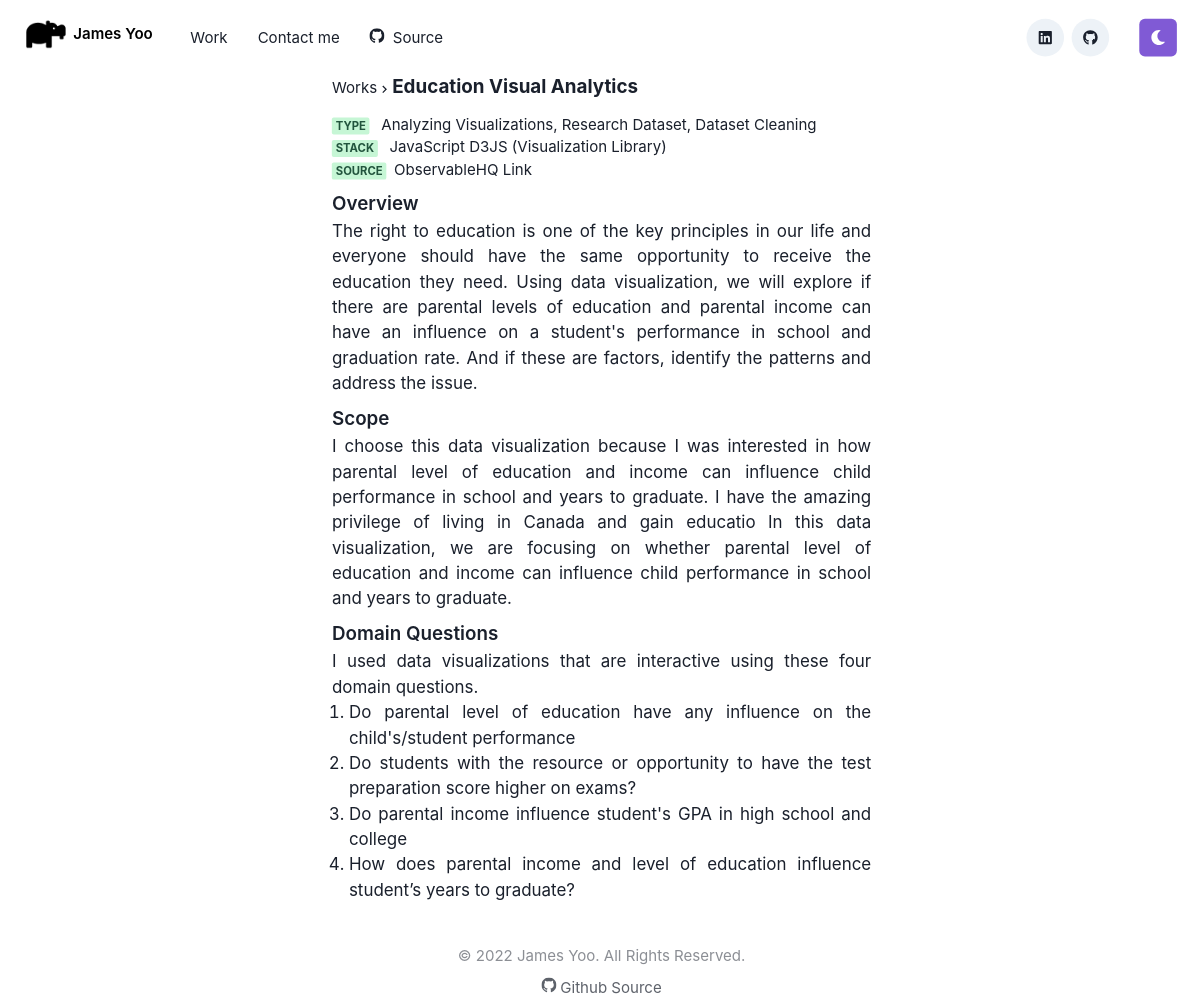
Repository: jammy729/portfolio-2022
Page: /work/educationvisualanalytics
These files come from the project's save history. The page is drawn as it stood at one moment and after the next save; the edit follows.
The browser window is 1280 px wide. The pictures show the whole page, at 94% of full size.
The project was rebuilt for these pictures with package versions that can differ from the ones it lists, and the page was loaded fresh each time. Also part of the build but not shown: src/components/home.js, src/components/contact.js, src/components/layouts/layout.js, src/components/work/work.js, src/components/work/Development/WorldInstitutionDatabase/worldinstitutiondatabase.js, src/components/work/Development/GeoMemories/geomemories.js, src/components/work/Design/ExperienceDesign/experiencedesign.js, src/components/work/Development/PersonalPortfolio/personalportfolio.js. Imported but missing from the stored project, and not drawn on this page: src/components/work/Design/FinestCup/finestcup, src/components/work/Development/WorldInstitutionDatabase/universityDatabase.mp4.

Above is the page before, as saved 2022-06-28 15:16:20.

After the next save:
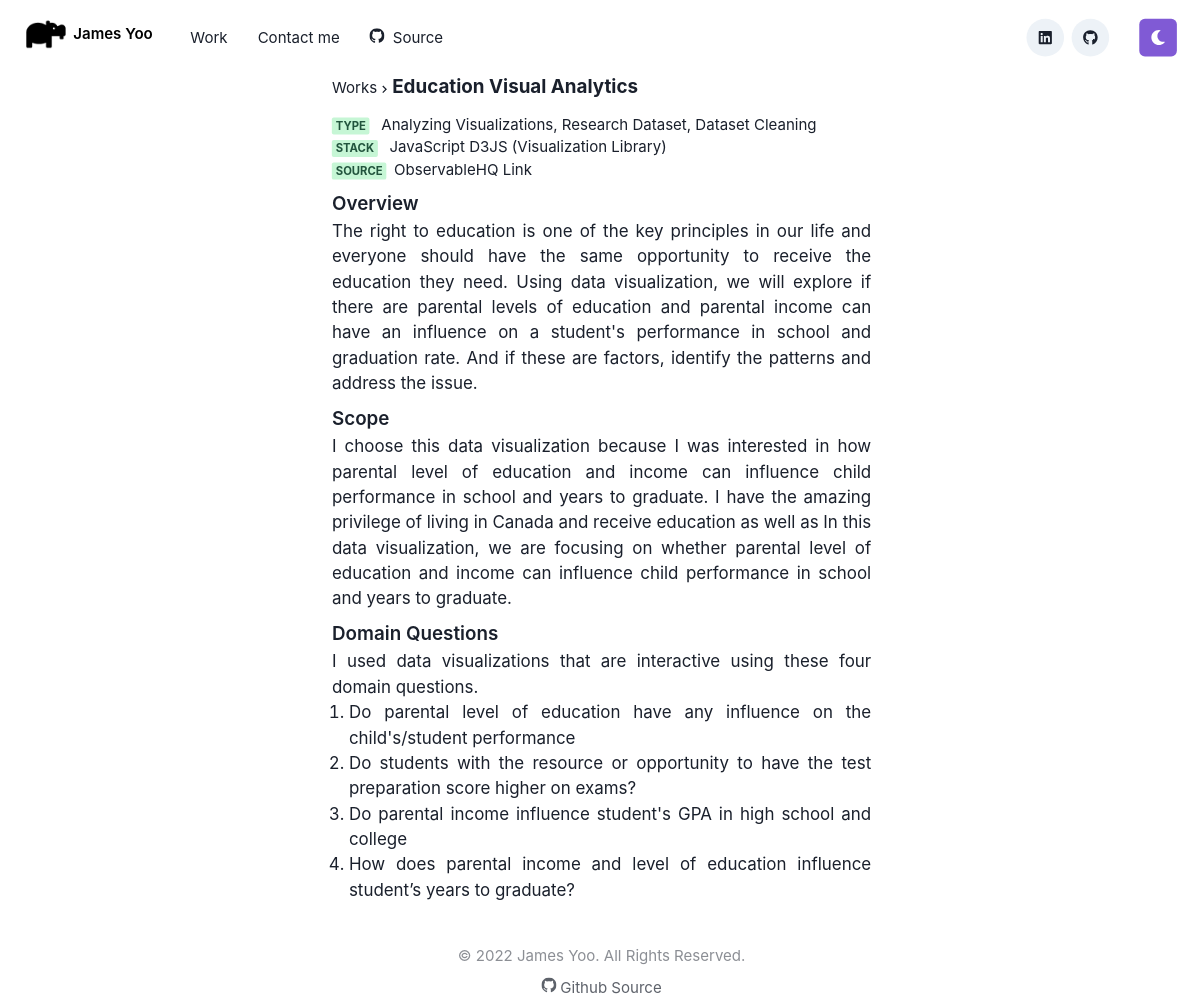
Saved 8 s later.
--- a/src/components/work/Development/EducationVisualAnalytics/educationvisualanalytics.js
+++ b/src/components/work/Development/EducationVisualAnalytics/educationvisualanalytics.js
@@ -44,7 +44,7 @@ const EducationVisualAnalytics = () => {
         <DescriptionText>
           I choose this data visualization because I was interested in how parental level of education
           and income can influence child performance in school and years to graduate. I have the amazing privilege of living in Canada
-          and gain educatio
+          and receive education as well as
           In this data visualization, we are focusing on whether parental level
           of education and income can influence child performance in school and
           years to graduate.
